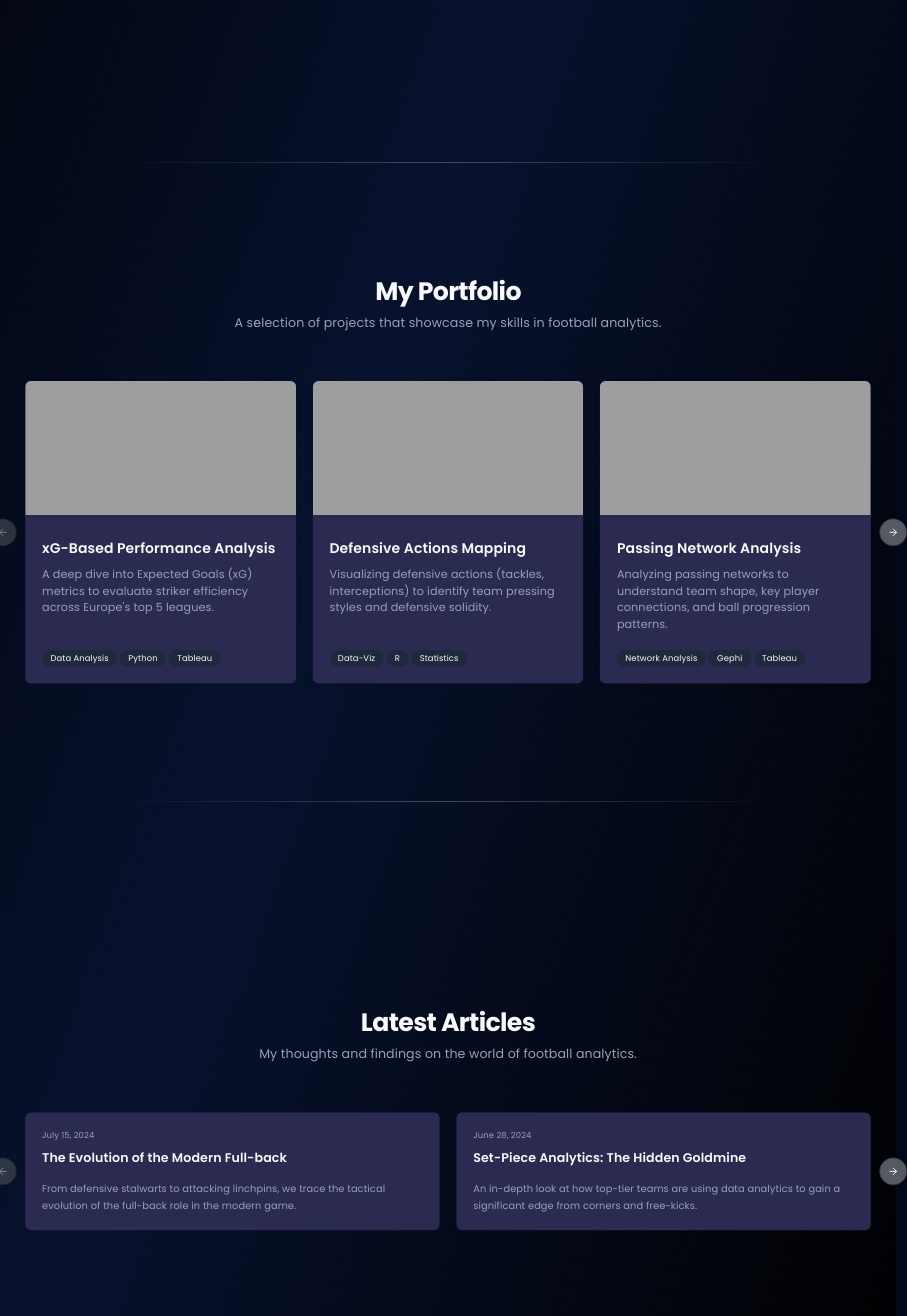
Repository: patrick-cw/my-portfolio
Page: /
An editor plug-in stored every save of this project. The page is shown before and after the next save, followed by the edit.
The browser window is 1280 px wide. The page is 1296 px wide, so the pictures cover 1296 px, including what lies to the right of the window. The pictures show the part of the page from y = 1498 to 3378 px (the page is 3545 px tall), at 70% of full size.
Pictures or frames that could not be fetched are drawn as grey boxes. The project was rebuilt for these pictures with package versions that can differ from the ones it lists, and the page was loaded fresh each time. The framework's server and built-in components were replaced by stand-ins that run in the browser. Also part of the build but not shown: next.config.ts.

Above is the page before, as saved 2025-08-31 03:35:12.

### src/app/layout.tsx
import type {Metadata} from 'next';
import './globals.css';
import { Toaster } from "@/components/ui/toaster";
import { cn } from '@/lib/utils';
import Particles from '@/components/particles';
import Header from '@/components/header';
import Footer from '@/components/footer';
import ThemeRegistry from '@/components/ThemeRegistry';

export const metadata: Metadata = {
  title: "Patrick's Portfolio",
  description: 'A portfolio showcasing football analytics projects, articles, and more.',
};

export default function RootLayout({
  children,
}: Readonly<{
  children: React.ReactNode;
}>) {
  return (
    <html lang="en" className="dark" style={{scrollBehavior: 'smooth'}}>
      <head>
        <link rel="preconnect" href="https://fonts.googleapis.com" />
        <link rel="preconnect" href="https://fonts.gstatic.com" crossOrigin="anonymous" />
        <link href="https://fonts.googleapis.com/css2?family=Poppins:wght@400;600;700&display=swap" rel="stylesheet" />
      </head>
      <body className={cn("min-h-screen font-body antialiased bg-background")}>
        <ThemeRegistry>
          <div className="relative z-0 flex min-h-screen flex-col bg-gradient-to-br from-black via-blue-900/20 to-black">
            <Particles />
            <Header />
            <main className="flex-1">{children}</main>
            <Footer />
          </div>
          <Toaster />
        </ThemeRegistry>
      </body>
    </html>
  );
}

### src/app/globals.css
@tailwind base;
@tailwind components;
@tailwind utilities;

@layer base {
  :root {
    --background: 0 0% 100%;
    --foreground: 222.2 84% 4.9%;
    --card: 0 0% 100%;
    --card-foreground: 222.2 84% 4.9%;
    --card-highlight: 217.2 91.2% 95%;
    --popover: 0 0% 100%;
    --popover-foreground: 222.2 84% 4.9%;
    --primary: 217.2 91.2% 59.8%;
    --primary-foreground: 210 40% 98%;
    --secondary: 210 40% 96.1%;
    --secondary-foreground: 217.2 91.2% 59.8%;
    --muted: 210 40% 96.1%;
    --muted-foreground: 215.4 16.3% 46.9%;
    --accent: 202.77 50.91% 17.55%;
    --accent-foreground: 217.2 91.2% 59.8%;
    --destructive: 0 84.2% 60.2%;
    --destructive-foreground: 210 40% 98%;
    --border: 214.3 31.8% 91.4%;
    --input: 214.3 31.8% 91.4%;
    --ring: 217.2 91.2% 59.8%;
    --radius: 0.5rem;
    --sidebar-background: 0 0% 98%;
    --sidebar-foreground: 240 5.3% 26.1%;
    --sidebar-primary: 240 5.9% 10%;
    --sidebar-primary-foreground: 0 0% 98%;
    --sidebar-accent: 240 4.8% 95.9%;
    --sidebar-accent-foreground: 240 5.9% 10%;
    --sidebar-border: 220 13% 91%;
    --sidebar-ring: 217.2 91.2% 59.8%;
    --chart-1: 12 76% 61%;
    --chart-2: 173 58% 39%;
    --chart-3: 197 37% 24%;
    --chart-4: 43 74% 66%;
    --chart-5: 27 87% 67%;
  }
  .dark {
    --background: 222.2 84% 4.9%;
    --foreground: 210 40% 98%;
    --card: 222.2 84% 6.9%;
    --card-foreground: 210 40% 98%;
    --card-highlight: 240.85 31.17% 24.06%;
    --popover: 222.2 84% 4.9%;
    --popover-foreground: 210 40% 98%;
    --primary: 217.2 49.73% 44.9%;
    --primary-foreground: 210 40% 98%;
    --secondary: 216.62 5.16% 35.63%;
    --secondary-foreground: 210 40% 98%;
    --muted: 217.2 32.6% 17.5%;
    --muted-foreground: 215 20.2% 65.1%;
    --accent: 217.2 32.6% 17.5%;
    --accent-foreground: 210 40% 98%;
    --destructive: 0 62.8% 30.6%;
    --destructive-foreground: 210 40% 98%;
    --border: 217.2 32.6% 17.5%;
    --input: 217.2 32.6% 17.5%;
    --ring: 217.2 91.2% 59.8%;
    --chart-1: 220 70% 50%;
    --chart-2: 160 60% 45%;
    --chart-3: 30 80% 55%;
    --chart-4: 280 65% 60%;
    --chart-5: 340 75% 55%;
    --sidebar-background: 240 5.9% 10%;
    --sidebar-foreground: 240 4.8% 95.9%;
    --sidebar-primary: 224.3 76.3% 48%;
    --sidebar-primary-foreground: 0 0% 100%;
    --sidebar-accent: 240 3.7% 15.9%;
    --sidebar-accent-foreground: 240 4.8% 95.9%;
    --sidebar-border: 240 3.7% 15.9%;
    --sidebar-ring: 217.2 91.2% 59.8%;
  }
}

@layer base {
  * {
    @apply border-border;
  }
  body {
    @apply bg-background text-foreground;
  }
}

### src/components/ui/toaster.tsx
"use client"

import { useToast } from "@/hooks/use-toast"
import {
  Toast,
  ToastClose,
  ToastDescription,
  ToastProvider,
  ToastTitle,
  ToastViewport,
} from "@/components/ui/toast"

export function Toaster() {
  const { toasts } = useToast()

  return (
    <ToastProvider>
      {toasts.map(function ({ id, title, description, action, ...props }) {
        return (
          <Toast key={id} {...props}>
            <div className="grid gap-1">
              {title && <ToastTitle>{title}</ToastTitle>}
              {description && (
                <ToastDescription>{description}</ToastDescription>
              )}
            </div>
            {action}
            <ToastClose />
          </Toast>
        )
      })}
      <ToastViewport />
    </ToastProvider>
  )
}

### src/components/particles.tsx
"use client";

import React, { useRef, useEffect } from 'react';
import { cn } from '@/lib/utils';

interface MousePosition {
  x: number | null;
  y: number | null;
  radius: number;
}

// Helper class for a single particle
class Particle {
  x: number;
  y: number;
  size: number;
  color: string;
  // Base velocity
  vx: number;
  vy: number;
  // Mouse-induced velocity
  pushX: number;
  pushY: number;
  friction: number;

  constructor(private canvas: HTMLCanvasElement) {
    this.x = Math.random() * canvas.width;
    this.y = Math.random() * canvas.height;
    this.size = Math.random() * 1.5 + 0.5;
    this.color = `rgba(255, 255, 255, ${Math.random() * 0.5 + 0.3})`;
    this.vx = (Math.random() - 0.5) * 0.1; // Slow independent horizontal movement
    this.vy = (Math.random() - 0.5) * 0.1; // Slow independent vertical movement
    this.pushX = 0;
    this.pushY = 0;
    this.friction = 0.95; // Slows down the mouse push effect
  }

  draw(context: CanvasRenderingContext2D) {
    context.fillStyle = this.color;
    context.beginPath();
    context.arc(this.x, this.y, this.size, 0, Math.PI * 2);
    context.fill();
  }

  update(mouse: MousePosition) {
    // Mouse interaction
    if (mouse.x !== null && mouse.y !== null) {
        const dx = this.x - mouse.x;
        const dy = this.y - mouse.y;
        const distance = Math.sqrt(dx * dx + dy * dy);
        const forceDirectionX = dx / distance;
        const forceDirectionY = dy / distance;
        const force = (mouse.radius - distance) / mouse.radius; // Inverted force

        if (distance < mouse.radius) {
            const pushStrength = force * 0.5; // Adjust push strength
            this.pushX += forceDirectionX * pushStrength;
            this.pushY += forceDirectionY * pushStrength;
        }
    }

    // Apply friction to the mouse-push velocity
    this.pushX *= this.friction;
    this.pushY *= this.friction;

    // Update position with both base velocity and mouse-push velocity
    this.x += this.vx + this.pushX;
    this.y += this.vy + this.pushY;

    // Screen wrapping logic
    if (this.x > this.canvas.width) this.x = 0;
    if (this.x < 0) this.x = this.canvas.width;
    if (this.y > this.canvas.height) this.y = 0;
    if (this.y < 0) this.y = this.canvas.height;
  }
}

export default function Particles({ className }: { className?: string }) {
  const canvasRef = useRef<HTMLCanvasElement>(null);
  const particles = useRef<Particle[]>([]);
  const mouse = useRef<MousePosition>({ x: null, y: null, radius: 100 });
  const animationFrameId = useRef<number>();

  const initParticles = (canvas: HTMLCanvasElement) => {
    particles.current = [];
    const numberOfParticles = Math.floor((canvas.width * canvas.height) / 3000);
    for (let i = 0; i < numberOfParticles; i++) {
      particles.current.push(new Particle(canvas));
    }
  };

  const animate = () => {
    const canvas = canvasRef.current;
    if (!canvas) return;
    const context = canvas.getContext('2d');
    if (!context) return;

    context.clearRect(0, 0, canvas.width, canvas.height);
    for (const particle of particles.current) {
      particle.update(mouse.current);
      particle.draw(context);
    }
    animationFrameId.current = requestAnimationFrame(animate);
  };

  useEffect(() => {
    const canvas = canvasRef.current;
    if (!canvas) return;

    const handleResize = () => {
      if (animationFrameId.current) {
        cancelAnimationFrame(animationFrameId.current);
      }
      canvas.width = window.innerWidth;
      canvas.height = window.innerHeight;
      initParticles(canvas);
      animate();
    };

    const handleMouseMove = (event: MouseEvent) => {
      mouse.current.x = event.clientX;
      mouse.current.y = event.clientY;
    };

    const handleMouseLeave = () => {
        mouse.current.x = null;
        mouse.current.y = null;
    }

    window.addEventListener('resize', handleResize);
    window.addEventListener('mousemove', handleMouseMove);
    window.addEventListener('mouseleave', handleMouseLeave);

    handleResize();

    return () => {
      window.removeEventListener('resize', handleResize);
      window.removeEventListener('mousemove', handleMouseMove);
      window.removeEventListener('mouseleave', handleMouseLeave);
      if (animationFrameId.current) {
        cancelAnimationFrame(animationFrameId.current);
      }
    };
  }, []);

  return <canvas ref={canvasRef} className={cn('fixed top-0 left-0 w-full h-full -z-10', className)} />;
}

### src/components/header.tsx
import Link from "next/link";
import { Aperture, Footprints } from "lucide-react";

export default function Header() {
  return (
    <header className="sticky top-0 z-50 w-full border-b border-border/40 bg-background/95 backdrop-blur supports-[backdrop-filter]:bg-background/60">
      <div className="container flex h-14 max-w-screen-2xl items-center">
        <Link href="/#home" className="mr-6 flex items-center space-x-2">
          <Aperture className="h-6 w-6 text-primary" style={{filter: 'drop-shadow(0 0 4px hsl(var(--primary)))'}}/>
          <span className="font-bold sm:inline-block font-headline">Patrick's Portfolio</span>
        </Link>
        <nav className="flex items-center gap-4 text-sm lg:gap-6">
          <Link href="/#about" className="text-foreground/60 transition-colors hover:text-foreground/80">
            About
          </Link>
          <Link href="/#portfolio" className="text-foreground/60 transition-colors hover:text-foreground/80">
            Portfolio
          </Link>
          <Link href="/#articles" className="text-foreground/60 transition-colors hover:text-foreground/80">
            Articles
          </Link>
        </nav>
      </div>
    </header>
  );
}

### src/components/footer.tsx
export default function Footer() {
    return (
      <footer className="border-t border-border/40 py-6 md:py-8">
        <div className="container flex flex-col items-center justify-between gap-4 md:flex-row">
          <p className="text-sm text-muted-foreground">
            © {new Date().getFullYear()} Patrick Cipta Winata. All rights reserved.
          </p>
        </div>
      </footer>
    );
  }

### src/components/ThemeRegistry.tsx
'use client';
import createCache from '@emotion/cache';
import { useServerInsertedHTML } from 'next/navigation';
import { CacheProvider } from '@emotion/react';
import { ThemeProvider } from '@mui/material/styles';
import CssBaseline from '@mui/material/CssBaseline';
import { createTheme } from '@mui/material/styles';
import React from 'react';

const theme = createTheme({
  palette: {
    mode: 'dark',
  },
});

// This implementation is from emotion-js
// https://github.com/emotion-js/emotion/issues/2928#issuecomment-1319747902
export default function ThemeRegistry(props: { children: React.ReactNode }) {
  const { children } = props;

  const [{ cache, flush }] = React.useState(() => {
    const cache = createCache({ key: 'mui-style' });
    cache.compat = true;
    const prevInsert = cache.insert;
    let inserted: string[] = [];
    cache.insert = (...args) => {
      const serialized = args[1];
      if (cache.inserted[serialized.name] === undefined) {
        inserted.push(serialized.name);
      }
      return prevInsert(...args);
    };
    const flush = () => {
      const prevInserted = inserted;
      inserted = [];
      return prevInserted;
    };
    return { cache, flush };
  });

  useServerInsertedHTML(() => {
    const names = flush();
    if (names.length === 0) {
      return null;
    }
    let styles = '';
    for (const name of names) {
      styles += cache.inserted[name];
    }
    return (
      <style
        key={cache.key}
        data-emotion={`${cache.key} ${names.join(' ')}`}
        dangerouslySetInnerHTML={{
          __html: styles,
        }}
      />
    );
  });

  return (
    <CacheProvider value={cache}>
      <ThemeProvider theme={theme}>
        <CssBaseline />
        {children}
      </ThemeProvider>
    </CacheProvider>
  );
}

### src/components/ui/button.tsx
import * as React from "react"
import { Slot } from "@radix-ui/react-slot"
import { cva, type VariantProps } from "class-variance-authority"

import { cn } from "@/lib/utils"

const buttonVariants = cva(
  "inline-flex items-center justify-center gap-2 whitespace-nowrap rounded-md text-sm font-medium ring-offset-background transition-colors focus-visible:outline-none focus-visible:ring-2 focus-visible:ring-ring focus-visible:ring-offset-2 disabled:pointer-events-none disabled:opacity-50 [&_svg]:pointer-events-none [&_svg]:size-4 [&_svg]:shrink-0",
  {
    variants: {
      variant: {
        default: "bg-primary text-primary-foreground hover:bg-primary/90",
        destructive:
          "bg-destructive text-destructive-foreground hover:bg-destructive/90",
        outline:
          "border border-input bg-background hover:bg-accent hover:text-accent-foreground",
        secondary:
          "bg-secondary text-secondary-foreground hover:bg-secondary/80",
        ghost: "hover:bg-accent hover:text-accent-foreground",
        link: "text-primary underline-offset-4 hover:underline",
      },
      size: {
        default: "h-10 px-4 py-2",
        sm: "h-9 rounded-md px-3",
        lg: "h-11 rounded-md px-8",
        icon: "h-10 w-10",
      },
    },
    defaultVariants: {
      variant: "default",
      size: "default",
    },
  }
)

export interface ButtonProps
  extends React.ButtonHTMLAttributes<HTMLButtonElement>,
    VariantProps<typeof buttonVariants> {
  asChild?: boolean
}

const Button = React.forwardRef<HTMLButtonElement, ButtonProps>(
  ({ className, variant, size, asChild = false, ...props }, ref) => {
    const Comp = asChild ? Slot : "button"
    return (
      <Comp
        className={cn(buttonVariants({ variant, size, className }))}
        ref={ref}
        {...props}
      />
    )
  }
)
Button.displayName = "Button"

export { Button, buttonVariants }

### tailwind.config.ts
import type {Config} from 'tailwindcss';

export default {
  darkMode: ['class'],
  content: [
    './src/pages/**/*.{js,ts,jsx,tsx,mdx}',
    './src/components/**/*.{js,ts,jsx,tsx,mdx}',
    './src/app/**/*.{js,ts,jsx,tsx,mdx}',
  ],
  theme: {
    container: {
      center: true,
      padding: "2rem",
      screens: {
        "2xl": "1400px",
      },
    },
    maxWidth: {
      'xl': '44rem',
    },
    extend: {
      fontFamily: {
        body: ['Poppins', 'sans-serif'],
        headline: ['Poppins', 'sans-serif'],
        code: ['monospace'],
      },
      colors: {
        background: 'hsl(var(--background))',
        foreground: 'hsl(var(--foreground))',
        card: {
          DEFAULT: 'hsl(var(--card))',
          foreground: 'hsl(var(--card-foreground))',
          highlight: 'hsl(var(--card-highlight))',
        },
        popover: {
          DEFAULT: 'hsl(var(--popover))',
          foreground: 'hsl(var(--popover-foreground))',
        },
        primary: {
          DEFAULT: 'hsl(var(--primary))',
          foreground: 'hsl(var(--primary-foreground))',
        },
        secondary: {
          DEFAULT: 'hsl(var(--secondary))',
          foreground: 'hsl(var(--secondary-foreground))',
        },
        muted: {
          DEFAULT: 'hsl(var(--muted))',
          foreground: 'hsl(var(--muted-foreground))',
        },
        accent: {
          DEFAULT: 'hsl(var(--accent))',
          foreground: 'hsl(var(--accent-foreground))',
        },
        destructive: {
          DEFAULT: 'hsl(var(--destructive))',
          foreground: 'hsl(var(--destructive-foreground))',
        },
        border: 'hsl(var(--border))',
        input: 'hsl(var(--input))',
        ring: 'hsl(var(--ring))',
        chart: {
          '1': 'hsl(var(--chart-1))',
          '2': 'hsl(var(--chart-2))',
          '3': 'hsl(var(--chart-3))',
          '4': 'hsl(var(--chart-4))',
          '5': 'hsl(var(--chart-5))',
        },
        sidebar: {
          DEFAULT: 'hsl(var(--sidebar-background))',
          foreground: 'hsl(var(--sidebar-foreground))',
          primary: 'hsl(var(--sidebar-primary))',
          'primary-foreground': 'hsl(var(--sidebar-primary-foreground))',
          accent: 'hsl(var(--sidebar-accent))',
          'accent-foreground': 'hsl(var(--sidebar-accent-foreground))',
          border: 'hsl(var(--sidebar-border))',
          ring: 'hsl(var(--sidebar-ring))',
        },
      },
      borderRadius: {
        lg: 'var(--radius)',
        md: 'calc(var(--radius) - 2px)',
        sm: 'calc(var(--radius) - 4px)',
      },
      keyframes: {
        'accordion-down': {
          from: {
            height: '0',
          },
          to: {
            height: 'var(--radix-accordion-content-height)',
          },
        },
        'accordion-up': {
          from: {
            height: 'var(--radix-accordion-content-height)',
          },
          to: {
            height: '0',
          },
        },
      },
      animation: {
        'accordion-down': 'accordion-down 0.2s ease-out',
        'accordion-up': 'accordion-up 0.2s ease-out',
      },
    },
  },
  plugins: [require('tailwindcss-animate')],
} satisfies Config;

Loaded but not shown: src/lib/utils.ts (common file); src/hooks/use-toast.ts (common file); src/app/page.tsx (308 lines, source omitted); src/components/ui/carousel.tsx (262 lines, source omitted); src/components/ui/toast.tsx (129 lines, source omitted)

After the next save:
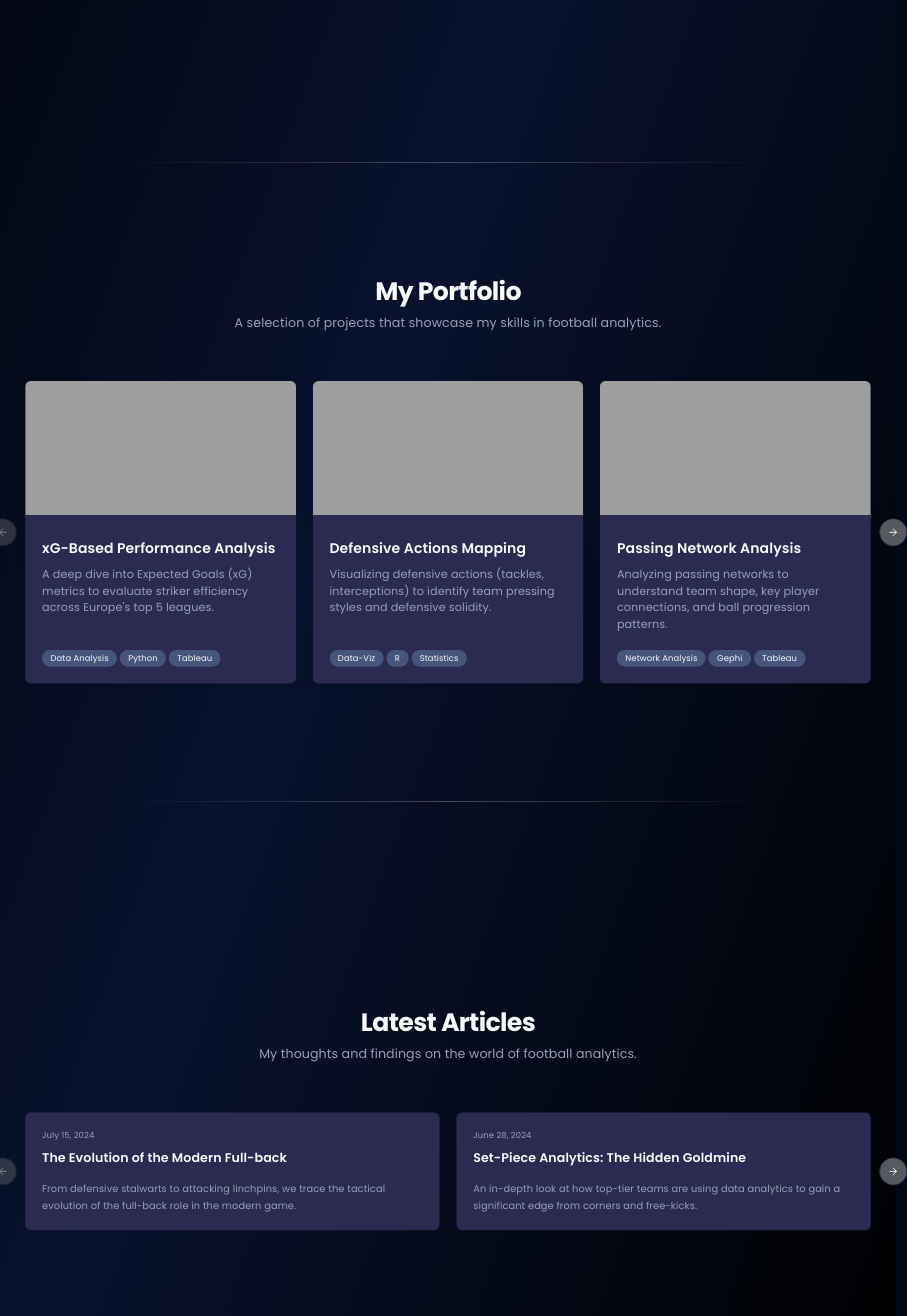
Saved 3 min 26 s later.
--- a/src/app/globals.css
+++ b/src/app/globals.css
@@ -53,7 +53,7 @@
     --secondary-foreground: 210 40% 98%;
     --muted: 217.2 32.6% 17.5%;
     --muted-foreground: 215 20.2% 65.1%;
-    --accent: 217.2 32.6% 17.5%;
+    --accent: 223.54deg 27.57% 38.15%;
     --accent-foreground: 210 40% 98%;
     --destructive: 0 62.8% 30.6%;
     --destructive-foreground: 210 40% 98%;

After the save that followed:
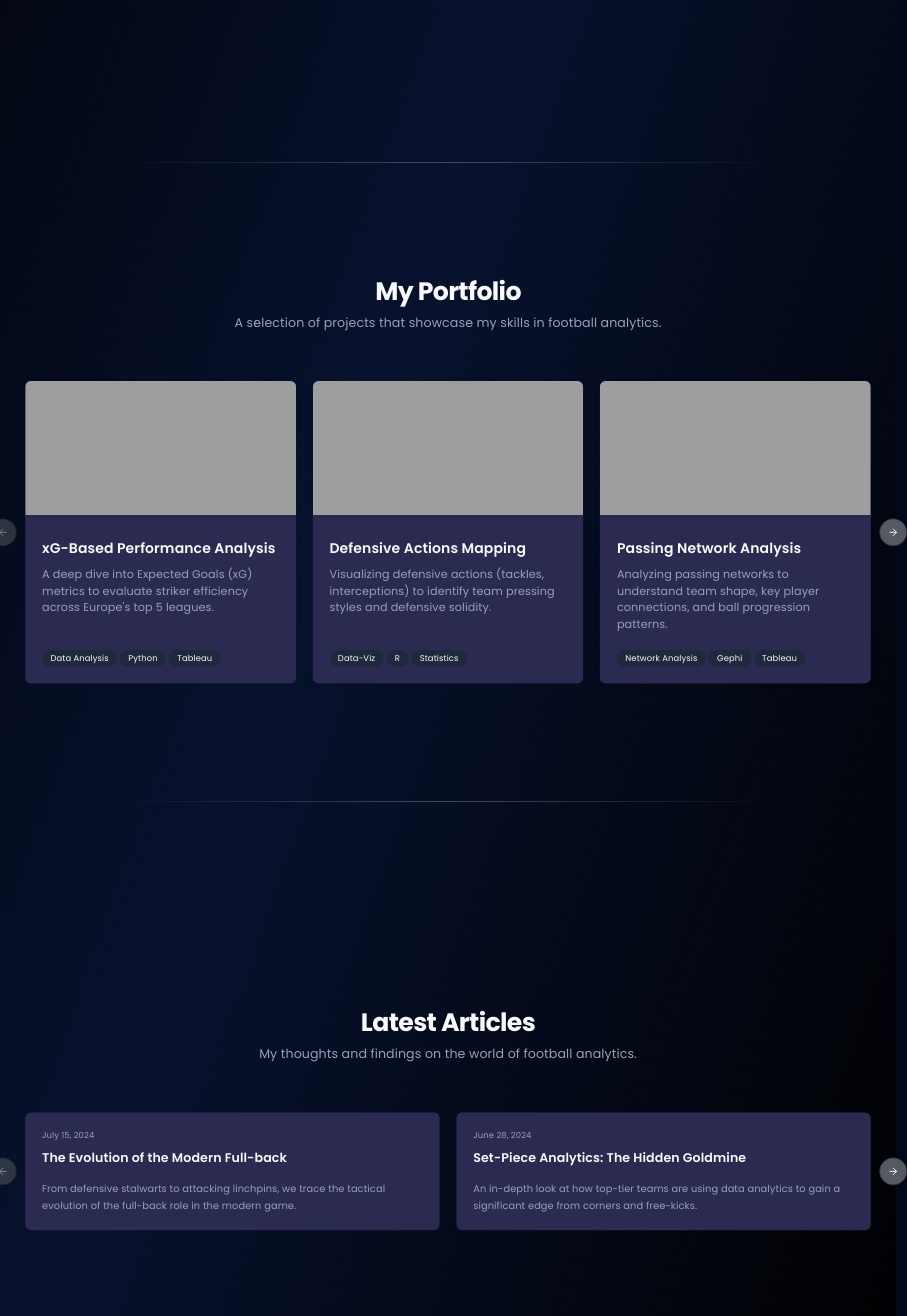
Saved 31 s later.
--- a/src/app/globals.css
+++ b/src/app/globals.css
@@ -51,9 +51,9 @@
     --primary-foreground: 210 40% 98%;
     --secondary: 216.62 5.16% 35.63%;
     --secondary-foreground: 210 40% 98%;
-    --muted: 217.2 32.6% 17.5%;
+    --muted: 223.54deg 27.57% 38.15%;
     --muted-foreground: 215 20.2% 65.1%;
-    --accent: 223.54deg 27.57% 38.15%;
+    --accent: 217.2 32.6% 17.5%;
     --accent-foreground: 210 40% 98%;
     --destructive: 0 62.8% 30.6%;
     --destructive-foreground: 210 40% 98%;
